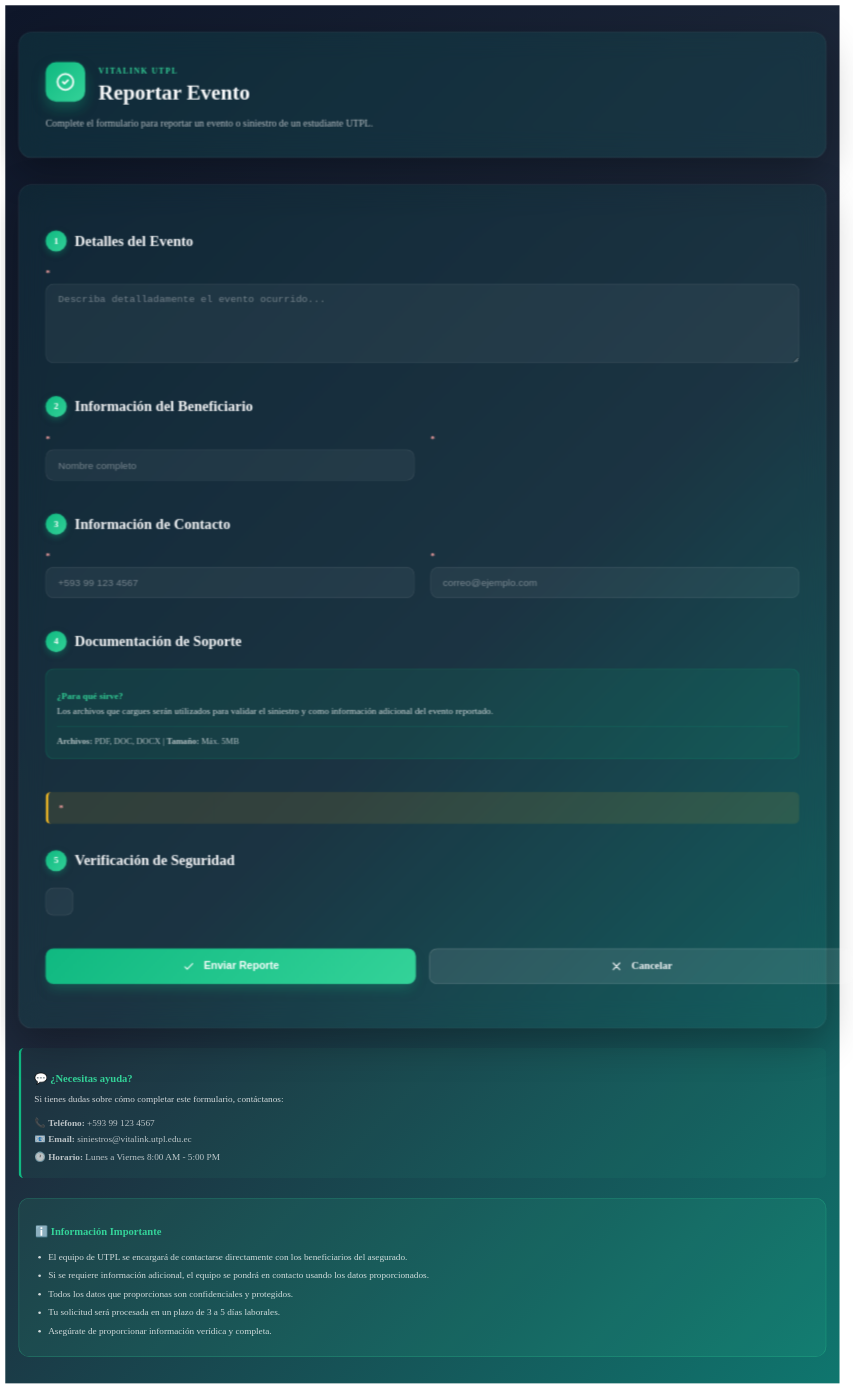
Repository: Carlosmicael/seguroVitaLink
Page: templates/siniestros/formulario_activacion.html
These files come from the project's save history. The page is drawn as it stood at one moment and after the next save; the edit follows.
The browser window is 1280 px wide. The page is 1293 px wide, then 1280 px, so the pictures cover 1293 px, including what lies to the right of the window. The pictures show the whole page, at 66% of full size.
The template is drawn by Django 5.2. The application's start-up code is not run. The template is opened directly, without the code that normally fills it, so the values that code supplies are empty.

Above is the page before, as saved 2026-01-22 21:48:16.

After the next save:
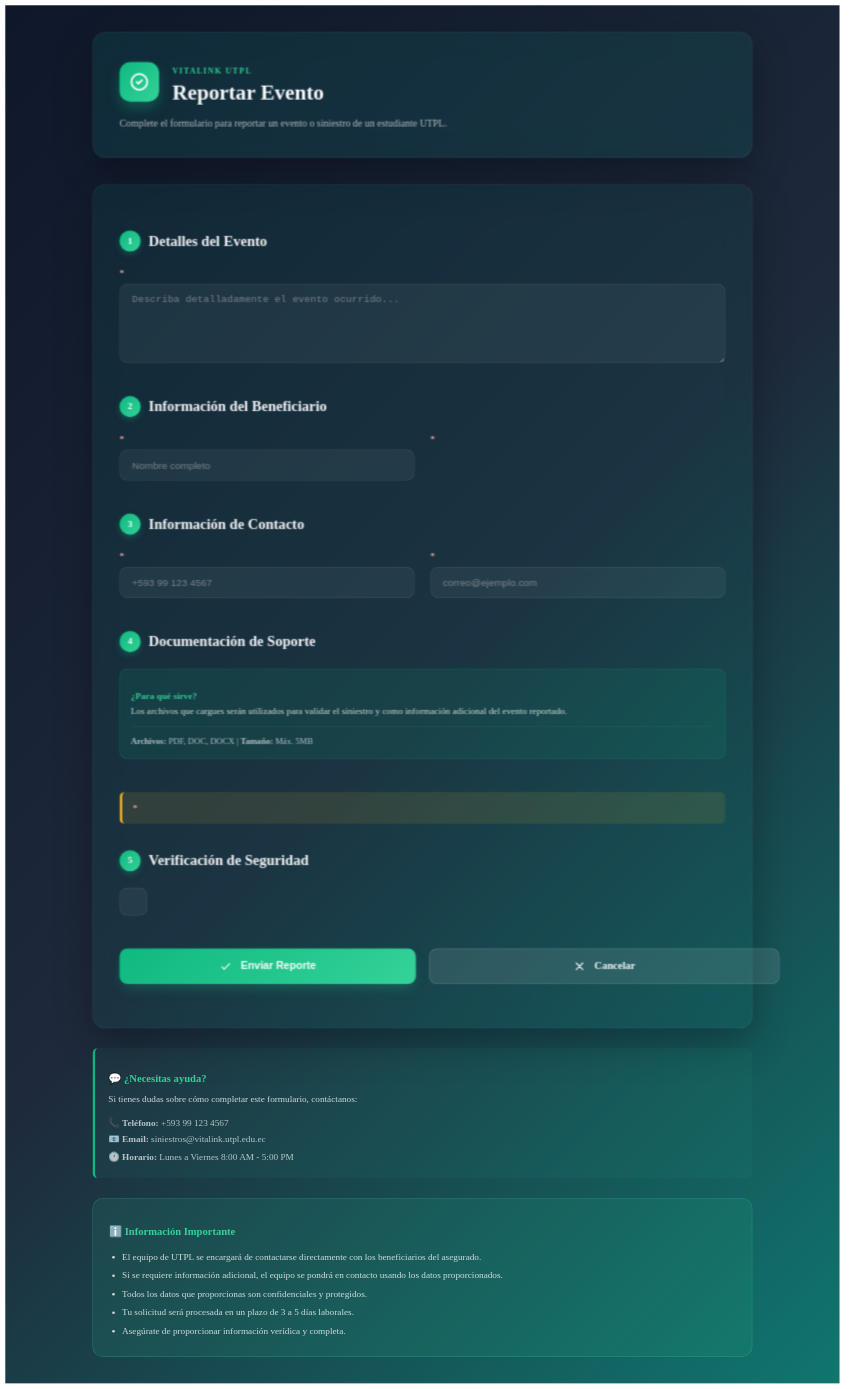
Saved 22 s later.
--- a/templates/siniestros/formulario_activacion.html
+++ b/templates/siniestros/formulario_activacion.html
@@ -172,7 +172,7 @@
 </style>
 
 <main style="background: linear-gradient(135deg, #0f172a 0%, #1e293b 50%, #0f766e 100%); min-height: 100vh; padding: 40px 20px;">
-    {% comment %} <div style="max-width: 900px; margin: 0 auto;"> {% endcomment %}
+    <div style="max-width: 1000px; margin: 0 auto;">
 
         <!-- Header Card -->
         <div style="background: rgba(15, 118, 110, 0.2); backdrop-filter: blur(20px); border-radius: 20px; padding: 40px; margin-bottom: 40px; border: 1px solid rgba(255, 255, 255, 0.1); box-shadow: 0 20px 60px rgba(0, 0, 0, 0.3);">
@@ -378,7 +378,7 @@
                 <li>Asegúrate de proporcionar información verídica y completa.</li>
             </ul>
         </div>
-    {% comment %} </div> {% endcomment %}
+    </div>
 </main>
 
 <script>
